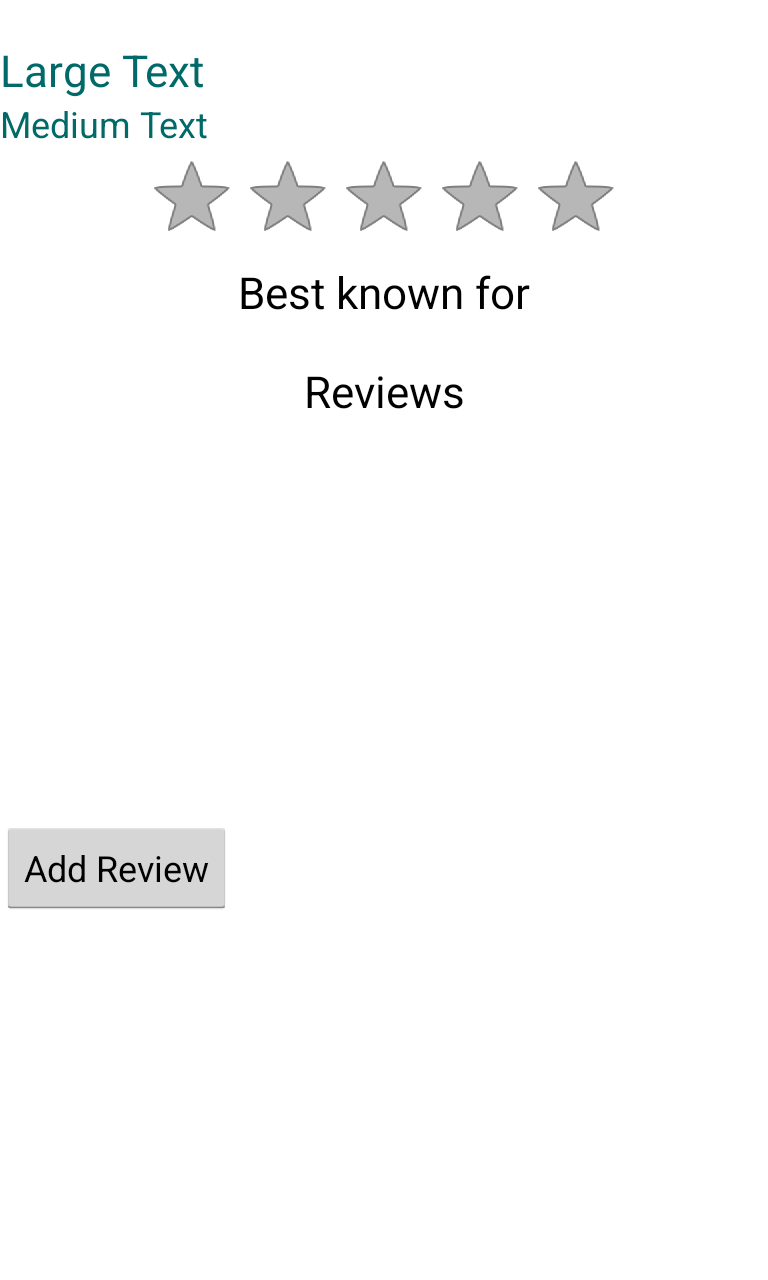
Repository: yash256/atnt
Layout: WNY Farm Fresh/res/layout/market_details.xml
The author's editor kept a copy of each file at every save. The layout is drawn from the files as they stood at one save, then again after the next save.
It is drawn on a 768 x 1280 px phone screen (xhdpi) without system bars, with theme AppTheme; the app's code is not run. Lists and similar views that code fills are empty.

Above is the layout before, as saved 2014-11-11 02:09:38.

After the next save:
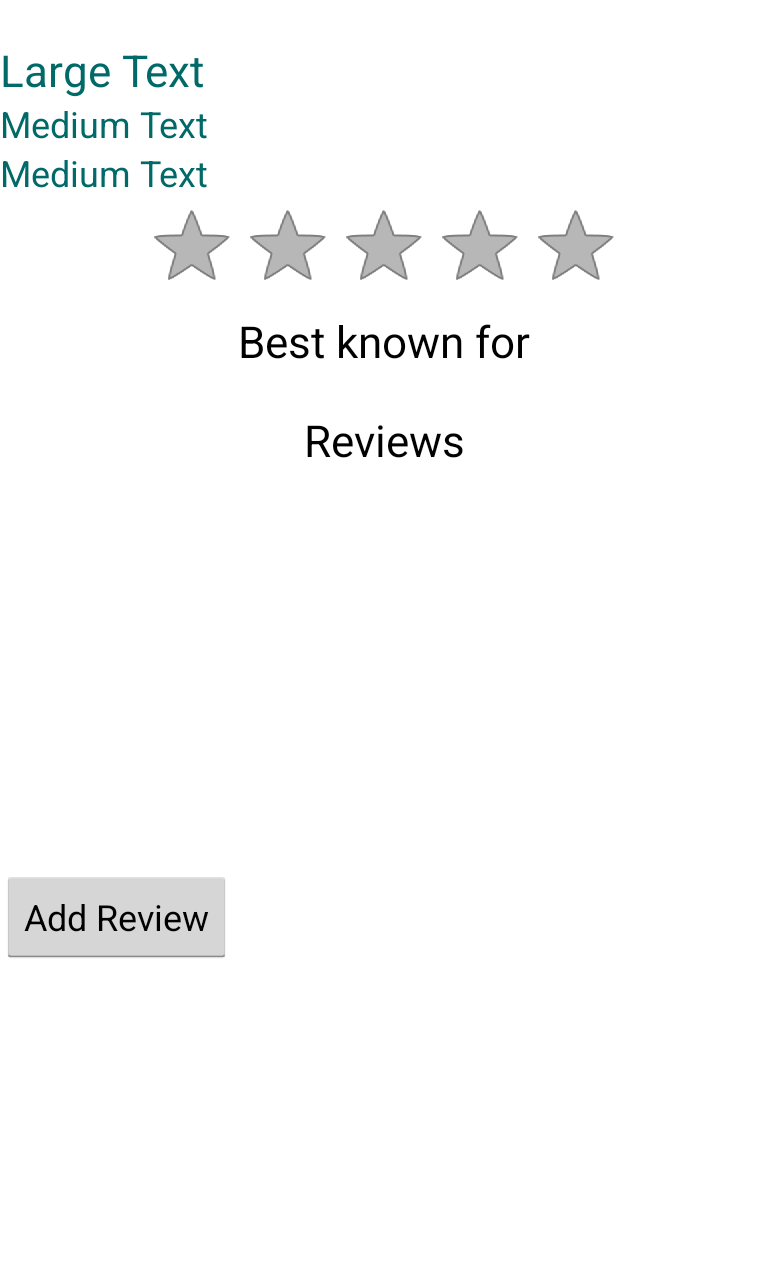
Saved 24 min 16 s later.
--- a/WNY Farm Fresh/res/layout/market_details.xml
+++ b/WNY Farm Fresh/res/layout/market_details.xml
@@ -32,9 +32,17 @@
         android:textAppearance="?android:attr/textAppearanceMedium"
         android:textColor="#016968"/>
 
+    <TextView
+        android:id="@+id/market_timing"
+        android:layout_row="2"
+        android:layout_columnSpan="8"
+        android:text="Medium Text"
+        android:textAppearance="?android:attr/textAppearanceMedium"
+        android:textColor="#016968"/>
+
     <RatingBar
         android:id="@+id/ratingBar1"
-        android:layout_row="2"
+        android:layout_row="3"
         android:layout_columnSpan="8"
         android:layout_gravity="center_horizontal"
         />
@@ -43,14 +51,14 @@
         android:id="@+id/top_items_header"
         android:layout_columnSpan="8"
         android:layout_gravity="center_horizontal"
-        android:layout_row="3"
+        android:layout_row="4"
         android:text="@string/top_items_header_text"
         android:textAppearance="?android:attr/textAppearanceLarge" />
 
     <LinearLayout
         android:id="@+id/top_items"
         android:layout_gravity="center_horizontal"
-        android:layout_row="4"
+        android:layout_row="5"
         android:orientation="horizontal"
         android:layout_width="wrap_content"
     android:layout_height="wrap_content" >
@@ -62,7 +70,6 @@
         android:id="@+id/reviews_header"
         android:layout_columnSpan="8"
         android:layout_gravity="center_horizontal"
-        android:layout_row="3"
         android:text="@string/reviews_header"
         android:textAppearance="?android:attr/textAppearanceLarge" />
 
